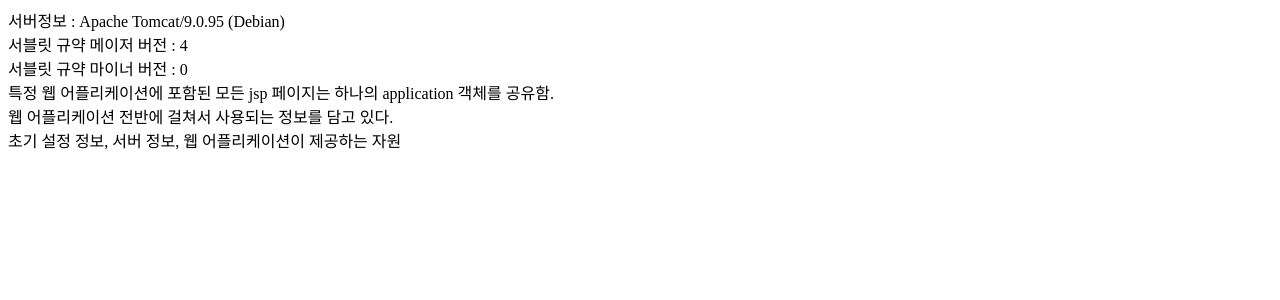
Repository: jjanggu1990/kh_java
Page: http://localhost/JSP_EX/day0321/viewServerInfo.jsp
The author's editor kept a copy of each file at every save. The page is drawn from the files as they stood at one save, then again after a run of saves.
The browser window is 1280 px wide. The pictures show the whole page.
The page is served by Tomcat 9. Other server files are loaded and not shown.

Above is the page before, as saved 2016-03-21 08:01:21.

### workspace/JSP_EX/WebContent/day0321/viewServerInfo.jsp
<%@ page contentType="text/html; charset=utf-8"%>
<!DOCTYPE html>
<html>
<head>

<title>Insert title here</title>
</head>
<body>
서버정보 : <%= application.getServerInfo() %><br>
서블릿 규약 메이저 버전 : <%= application.getMajorVersion() %><br>
서블릿 규약 마이너 버전 : <%= application.getMinorVersion() %><br>

특정 웹 어플리케이션에 포함된 모든 jsp 페이지는 하나의 application 객체를 공유함.<br>
웹 어플리케이션 전반에 걸쳐서 사용되는 정보를 담고 있다.<br>
초기 설정 정보, 서버 정보, 웹 어플리케이션이 제공하는 자원<br>
</body>
</html>

After the next 2 saves:
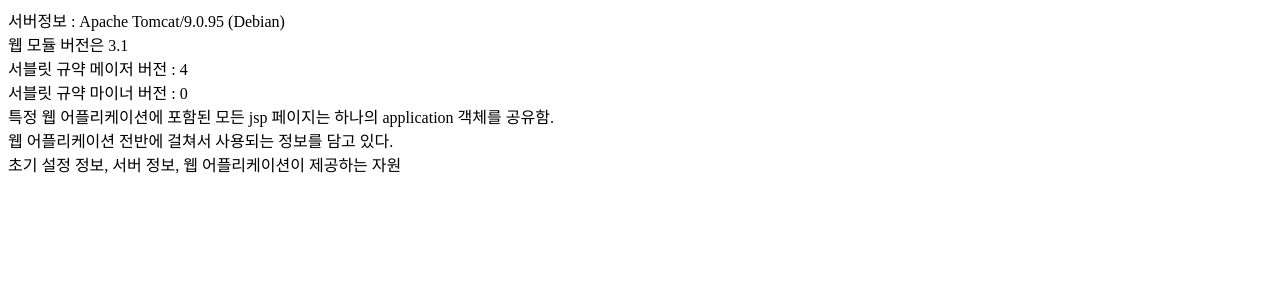
The 2 saves are shown as one change because they came seconds apart.
The last was saved 3 min 33 s later.
--- a/workspace/JSP_EX/WebContent/day0321/viewServerInfo.jsp
+++ b/workspace/JSP_EX/WebContent/day0321/viewServerInfo.jsp
@@ -7,6 +7,9 @@
 </head>
 <body>
 서버정보 : <%= application.getServerInfo() %><br>
+
+웹 모듈 버전은 3.1<br>
+
 서블릿 규약 메이저 버전 : <%= application.getMajorVersion() %><br>
 서블릿 규약 마이너 버전 : <%= application.getMinorVersion() %><br>
 
